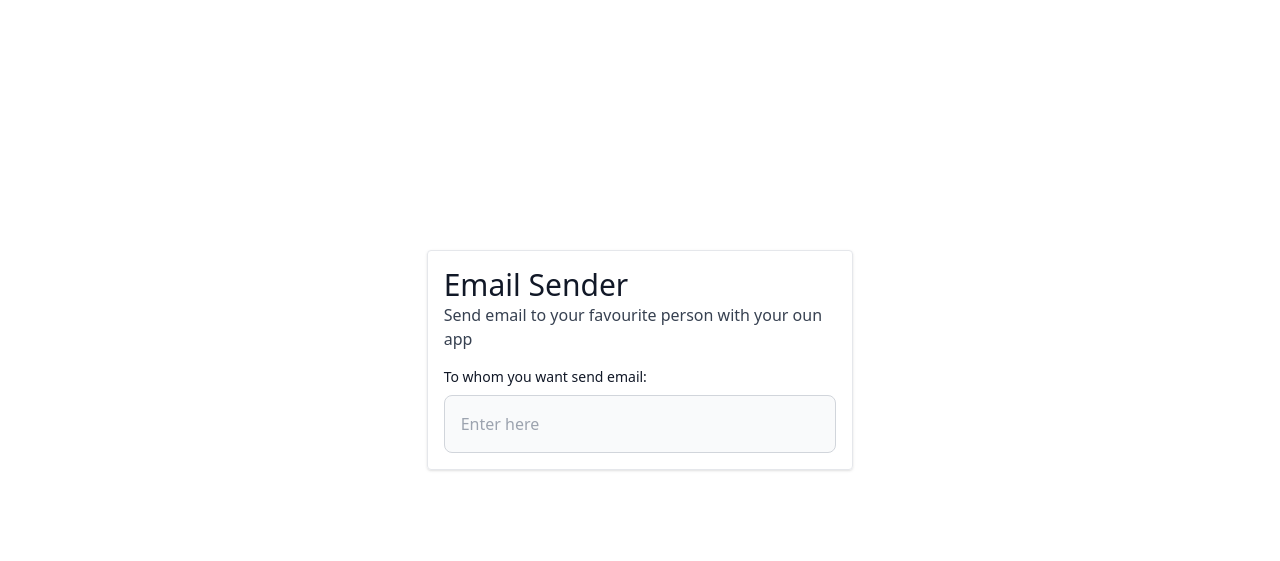
Repository: vikas-1234/EmailReactProject
Page: / (app in email-sender/)
An editor plug-in stored every save of this project. The page is shown before and after the next save, followed by the edit.
The browser window is 1280 px wide. The pictures show the whole page.
The project was rebuilt for these pictures with package versions that can differ from the ones it lists, and the page was loaded fresh each time. Also part of the build but not shown: email-sender/vite.config.js, email-sender/src/App.css.

Above is the page before, as saved 2024-04-20 14:55:13.

After the next save:
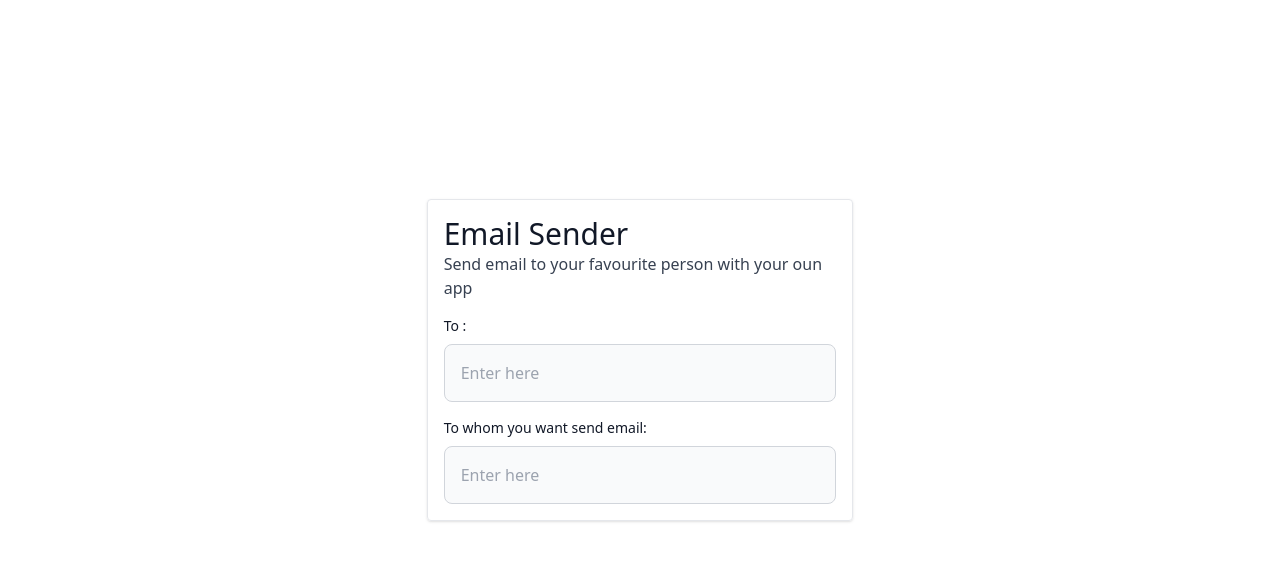
Saved 10 s later.
--- a/email-sender/src/components/EmailSender.jsx
+++ b/email-sender/src/components/EmailSender.jsx
@@ -18,10 +18,15 @@ function EmailSender() {
 {/* To Section */}
 
 <div className="input_field mt-4">
+<label for="large-input" class="block mb-2 text-sm font-medium text-gray-900 dark:text-white" >To :</label>
+<input type="text" placeholder="Enter here" id="large-input" class="block w-full p-4 text-gray-900 border border-gray-300 rounded-lg bg-gray-50 text-base focus:ring-blue-500 focus:border-blue-500 dark:bg-gray-700 dark:border-gray-600 dark:placeholder-gray-400 dark:text-white dark:focus:ring-blue-500 dark:focus:border-blue-500"></input>
+</div>
+
+
+<div className="input_field mt-4">
 <label for="large-input" class="block mb-2 text-sm font-medium text-gray-900 dark:text-white" >To whom you want send email:</label>
 <input type="text" placeholder="Enter here" id="large-input" class="block w-full p-4 text-gray-900 border border-gray-300 rounded-lg bg-gray-50 text-base focus:ring-blue-500 focus:border-blue-500 dark:bg-gray-700 dark:border-gray-600 dark:placeholder-gray-400 dark:text-white dark:focus:ring-blue-500 dark:focus:border-blue-500"></input>
 </div>
-
 
 </form>
 
